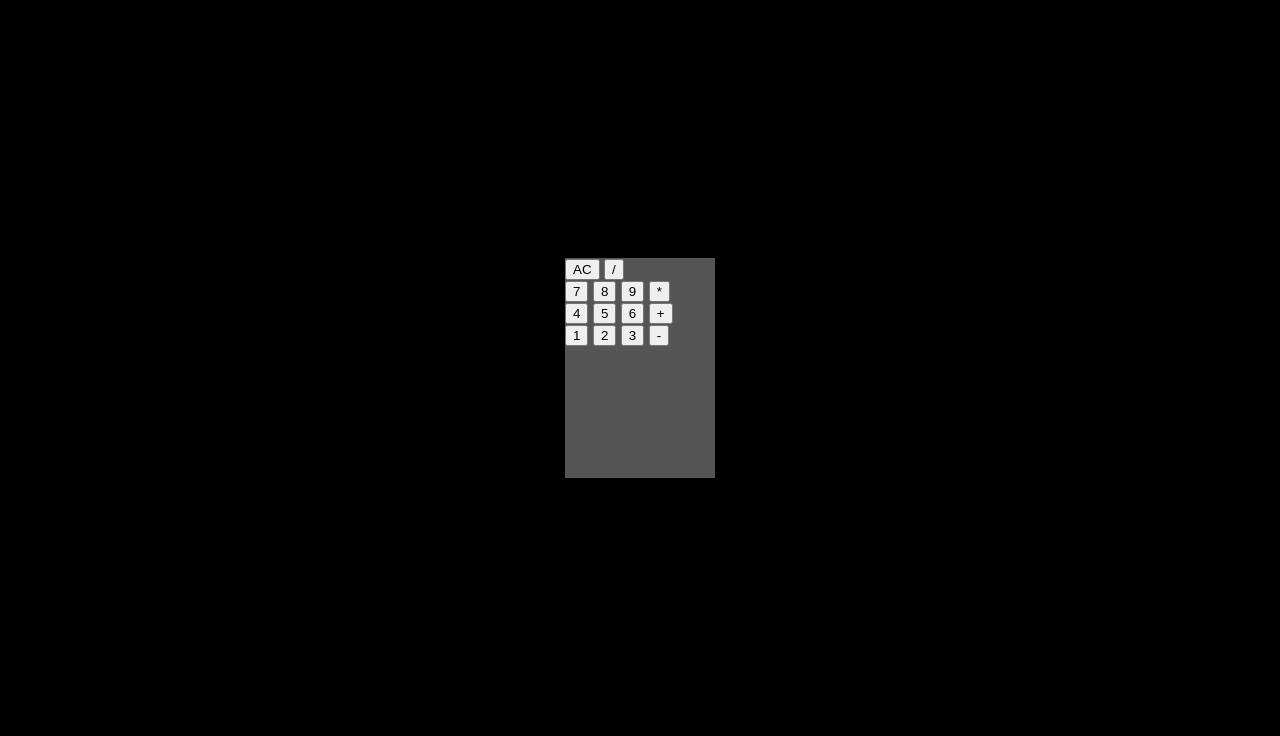
Repository: andersonxoliveira/Aplicacao_Calculadora
Page: /
The author's editor kept a copy of each file at every save. The page is drawn from the files as they stood at one save, then again after the next save.
The browser window is 1280 px wide. The pictures show the whole page.
The project was rebuilt for these pictures with package versions that can differ from the ones it lists, and the page was loaded fresh each time. Also part of the build but not shown: svelte.config.js, vite.config.ts.

Above is the page before, as saved 2022-06-26 18:00:17.

### src/App.svelte
<script lang="ts">
import Calculadora from "./components/Calculadora.svelte";


</script>

<main>
        <Calculadora />
</main>

<style>
:global(body) {
  background-color: black;
}

  :root {
    --cor-fundo: #555 ;
    font-family: -apple-system, BlinkMacSystemFont, 'Segoe UI', Roboto, Oxygen,
      Ubuntu, Cantarell, 'Open Sans', 'Helvetica Neue', sans-serif;
  }

  main {
   display: flex;
   justify-content: center;
   align-items: center;
   height:  100vh;
  }

  img {
    height: 16rem;
    width: 16rem;
  }

</style>

### src/components/Calculadora.svelte
<script lang="ts">
import Botao from "./Botao.svelte";
import Linha from "./Linha.svelte";

</script>
<div class="calculadora">
  <Linha >
    <Botao triplo texto="AC"/>
    <Botao texto="/"/>
</Linha>
  <Linha >
             <Botao texto="7"/>
             <Botao texto="8"/>
              <Botao texto="9"/>
              <Botao texto="*"/>
      </Linha>
      <Linha >
        <Botao texto="4"/>
        <Botao texto="5"/>
         <Botao texto="6"/>
         <Botao texto="+"/>
 </Linha>
 <Linha >
  <Botao texto="1"/>
  <Botao texto="2"/>
   <Botao texto="3"/>
   <Botao texto="-"/>
</Linha>
</div>

<style>
      .calculadora {
        background-color: var(--cor-fundo);
        height:  220px;
        width:  150px;

        display: flex;
        flex-direction:  column;
      }
</style>

### src/components/Botao.svelte
<script lang="ts">
      export let texto: string
      export let triplo: boolean = false
      export let duplo: boolean = false
</script>

<button class= "botao" class:triplo class:duplo>
{texto}
</button>

<style>
        .botao {
              flex-basis:  25%;
        }

          .triplo {
            flex-basis:  75%;
          }

          .duplo {
            flex-basis:  50%;
          }
</style>

### src/components/Linha.svelte
<div class="linha">
        <slot />
</div>

<style>
      .linha {
        display: felx;
      }
</style>

Loaded but not shown: index.html (common file); src/main.ts (common file)

After the next save:
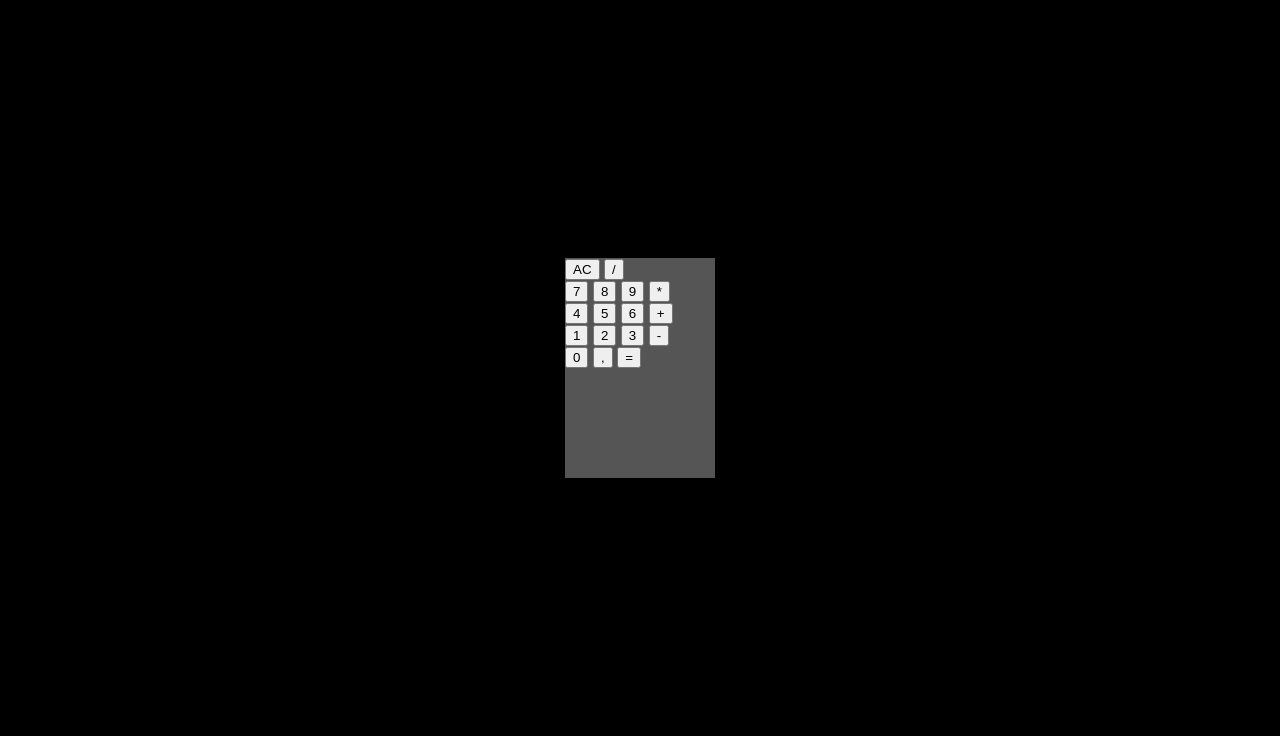
Saved 55 s later.
--- a/src/components/Calculadora.svelte
+++ b/src/components/Calculadora.svelte
@@ -26,6 +26,11 @@ import Linha from "./Linha.svelte";
    <Botao texto="3"/>
    <Botao texto="-"/>
 </Linha>
+<Linha >
+  <Botao duplo texto="0"/>
+  <Botao texto=","/>
+   <Botao texto="="/>
+  </Linha>
 </div>
 
 <style>
